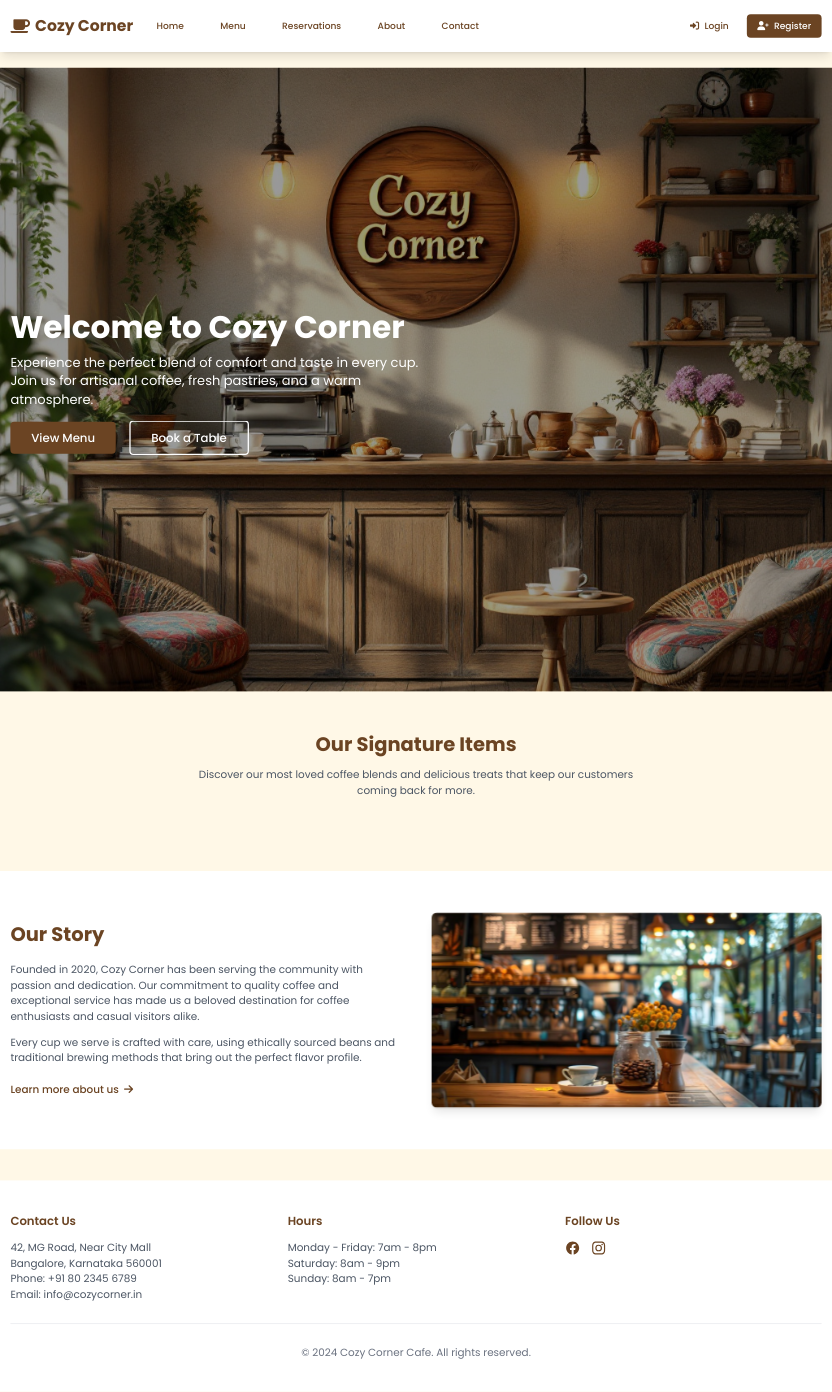
Repository: Aryansin1234/cafe-website
Page: http://localhost/
The author's editor kept a copy of each file at every save. The page is drawn from the files as they stood at one save, then again after the next save.
The browser window is 1280 px wide. The pictures show the whole page, at 65% of full size.
Some web libraries are served in a nearby version. The page is run by PHP 8.4 with error messages shown; the project is at /var/www/html/. Queries for data that is not in the repository find no rows.

Above is the page before, as saved 2025-04-10 15:05:54.

After the next save:
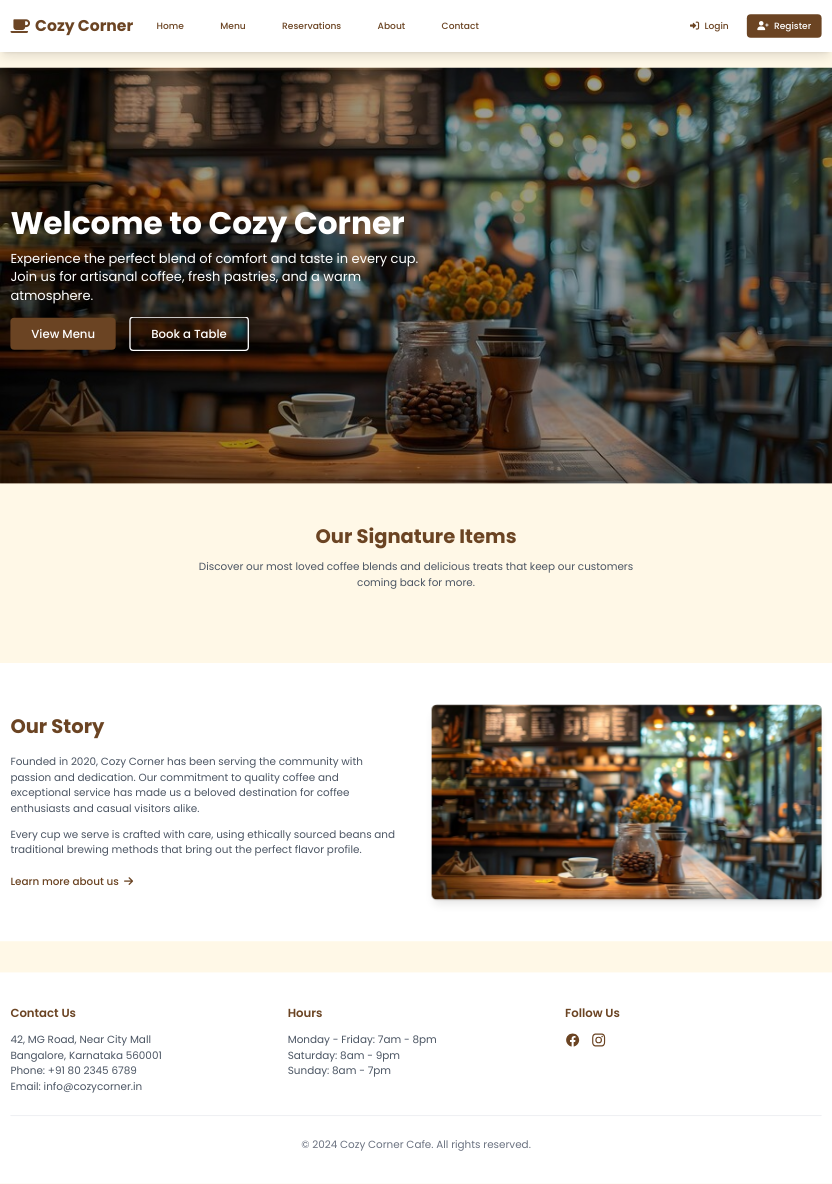
Saved 43 s later.
--- a/index.php
+++ b/index.php
@@ -3,7 +3,7 @@
 <!-- Hero Section -->
 <div class="relative w-full overflow-hidden -mt-6">
     <div class="w-full min-h-[300px] md:min-h-[450px]">
-        <img src="assets/images/hero-bg1.jpg" alt="Cafe Interior" class="w-full h-full object-cover object-center">
+        <img src="assets/images/about-hero.jpg" alt="Cafe Interior" class="w-full h-full object-cover object-center">
         <div class="absolute inset-0 bg-black bg-opacity-40"></div>
     </div>
     <div class="absolute inset-0 flex items-center">
